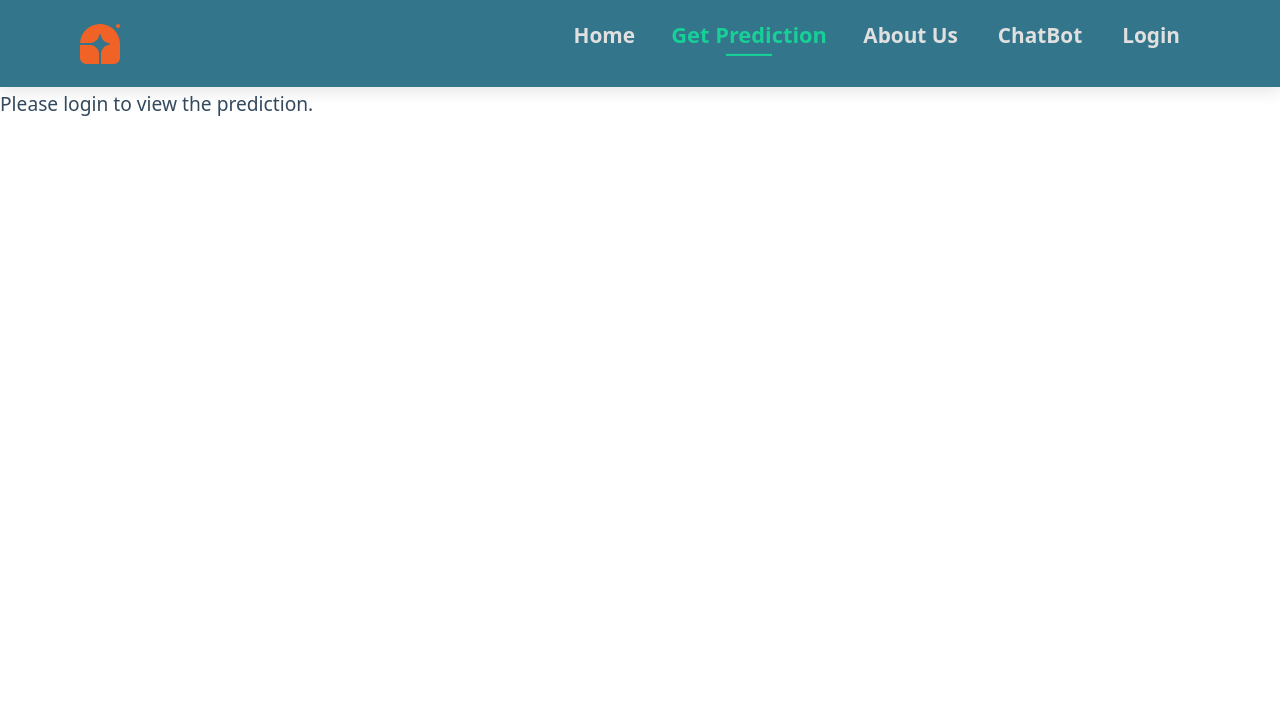
Repository: aabhashbasnet/MedicalInsuranceCostPredictionSystem
Page: /get-prediction (app in frontend/)
These files come from the project's save history. The page is drawn as it stood at one moment and after the next save; the edit follows.
The browser window is 1280 px wide. The pictures show the whole page.
The project was rebuilt for these pictures with package versions that can differ from the ones it lists, and the page was loaded fresh each time. Also part of the build but not shown: frontend/src/pages/Home.js, frontend/src/pages/AboutUs.js, frontend/src/pages/Login.js, frontend/src/pages/Signup.js, frontend/src/pages/DetailsPage.css, frontend/src/pages/DetailsPage.js, frontend/src/pages/ChatBot.css, frontend/src/pages/ChatBot.js.

Above is the page before, as saved 2025-01-23 16:10:55.

After the next save:
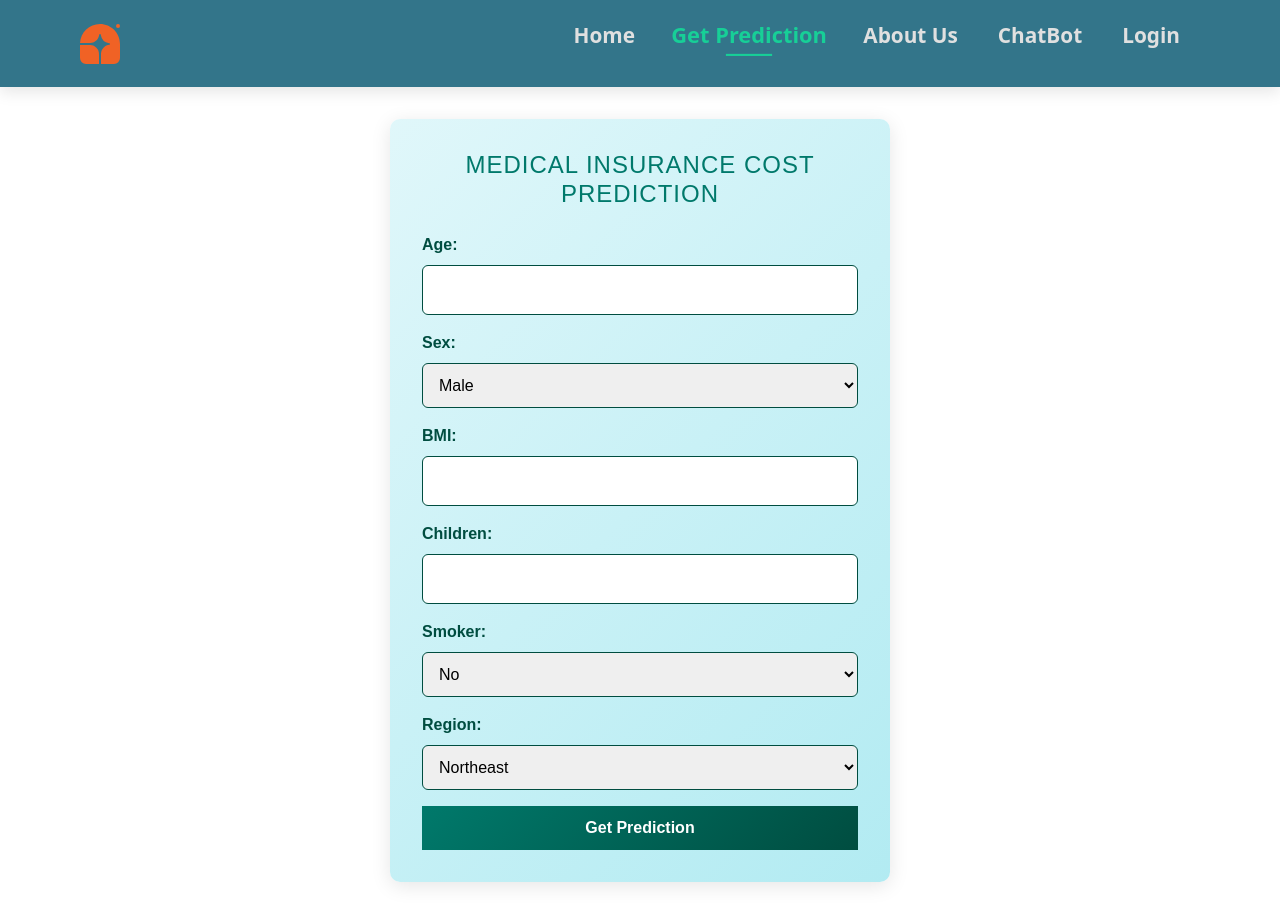
Saved 104 s later.
--- a/frontend/src/pages/GetPrediction.js
+++ b/frontend/src/pages/GetPrediction.js
@@ -1,13 +1,9 @@
 import React, { useState } from 'react';
 import axios from 'axios';
-import { useNavigate } from 'react-router-dom';
-import { useUser } from '../context/UserContext';  // Use the hook here
 import './GetPrediction.css';
 
+
 const InsuranceForm = () => {
-  const { user } = useUser();  // Get user from context
-  const navigate = useNavigate();
-
   const [formData, setFormData] = useState({
     age: '',
     sex: 'male',
@@ -32,6 +28,7 @@ const InsuranceForm = () => {
     setError(null);
     setLoading(true);
 
+    // Basic form validation
     if (!formData.age || !formData.bmi || !formData.children) {
       setError('Please fill in all required fields.');
       setLoading(false);
@@ -70,32 +67,52 @@ const InsuranceForm = () => {
     }
   };
 
-  if (!user) {
-    // If the user is not logged in, you can display a message or redirect them
-    return <p>Please login to view the prediction.</p>;
-  }
-
   return (
     <div className="insurance-form-container">
       <h2>Medical Insurance Cost Prediction</h2>
       <form onSubmit={handleSubmit}>
-        {/* Your form fields here */}
         <div>
           <label>Age:</label>
           <input type="number" name="age" value={formData.age} onChange={handleChange} />
         </div>
-        {/* ... other form fields ... */}
+        <div>
+          <label>Sex:</label>
+          <select name="sex" value={formData.sex} onChange={handleChange}>
+            <option value="male">Male</option>
+            <option value="female">Female</option>
+          </select>
+        </div>
+        <div>
+          <label>BMI:</label>
+          <input type="number" name="bmi" value={formData.bmi} onChange={handleChange} />
+        </div>
+        <div>
+          <label>Children:</label>
+          <input type="number" name="children" value={formData.children} onChange={handleChange} />
+        </div>
+        <div>
+          <label>Smoker:</label>
+          <select name="smoker" value={formData.smoker} onChange={handleChange}>
+            <option value="no">No</option>
+            <option value="yes">Yes</option>
+          </select>
+        </div>
+        <div>
+          <label>Region:</label>
+          <select name="region" value={formData.region} onChange={handleChange}>
+            <option value="northeast">Northeast</option>
+            <option value="southeast">Southeast</option>
+            <option value="southwest">Southwest</option>
+            <option value="northwest">Northwest</option>
+          </select>
+        </div>
         <button type="submit" disabled={loading}>
           {loading ? 'Loading...' : 'Get Prediction'}
         </button>
       </form>
 
       {error && <p className="error">{error}</p>}
-      {result && (
-        <>
-          <p>Predicted Insurance Cost: ${result}</p>
-        </>
-      )}
+      {result && <p>Predicted Insurance Cost: ${result}</p>}
     </div>
   );
 };
